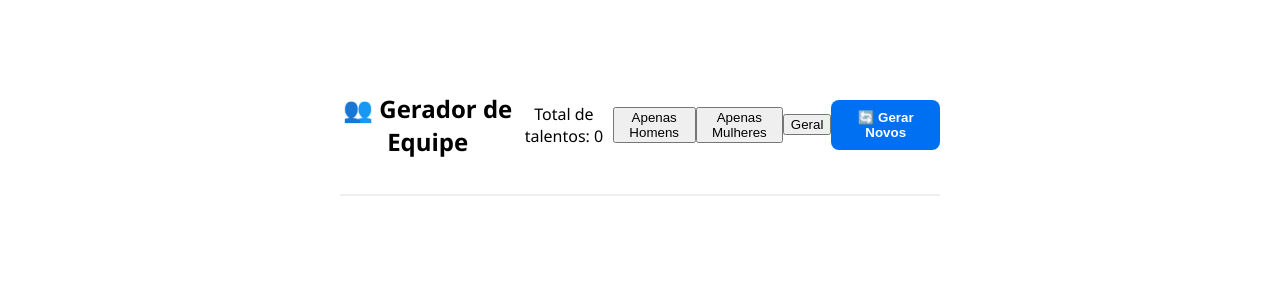
Repository: andrMiotto/Gerador-de-Equipe-Dinamico-React
Page: / (app in vite-project/)
These files come from the project's save history. The page is drawn as it stood at one moment and after the next save; the edit follows.
The browser window is 1280 px wide. The pictures show the whole page.
The page's requests for data from a server got no answer. The project was rebuilt for these pictures with package versions that can differ from the ones it lists, and the page was loaded fresh each time. No one was signed in, and anything a server would have sent is missing. Also part of the build but not shown: vite-project/vite.config.js.

Above is the page before, as saved 2026-03-24 21:31:44.

After the next save:
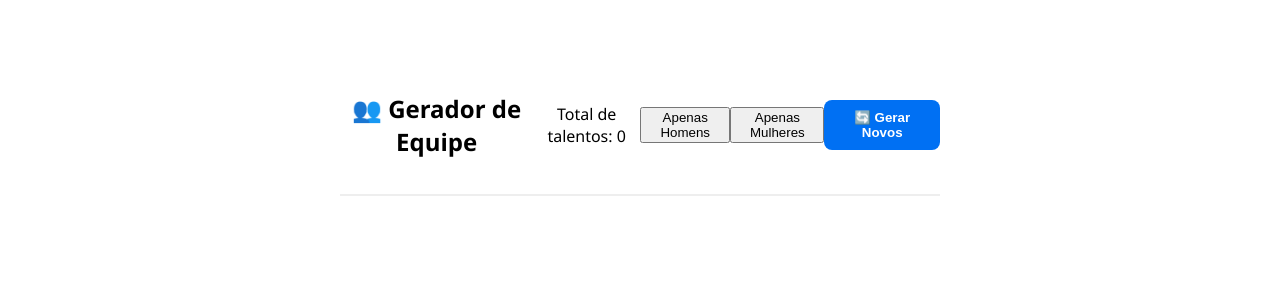
Saved 10 s later.
--- a/vite-project/src/components/UserGenerator.jsx
+++ b/vite-project/src/components/UserGenerator.jsx
@@ -40,9 +40,7 @@ export default function UserGenerator() {
                 <button onClick={() => {
                     handleFilter('female')
                 }}>Apenas Mulheres</button>
-                <button onClick={() => {
-                    handleFilter('')
-                }}>Geral</button>
+
                 <button
                     onClick={() => {
                         fetchUsers();
